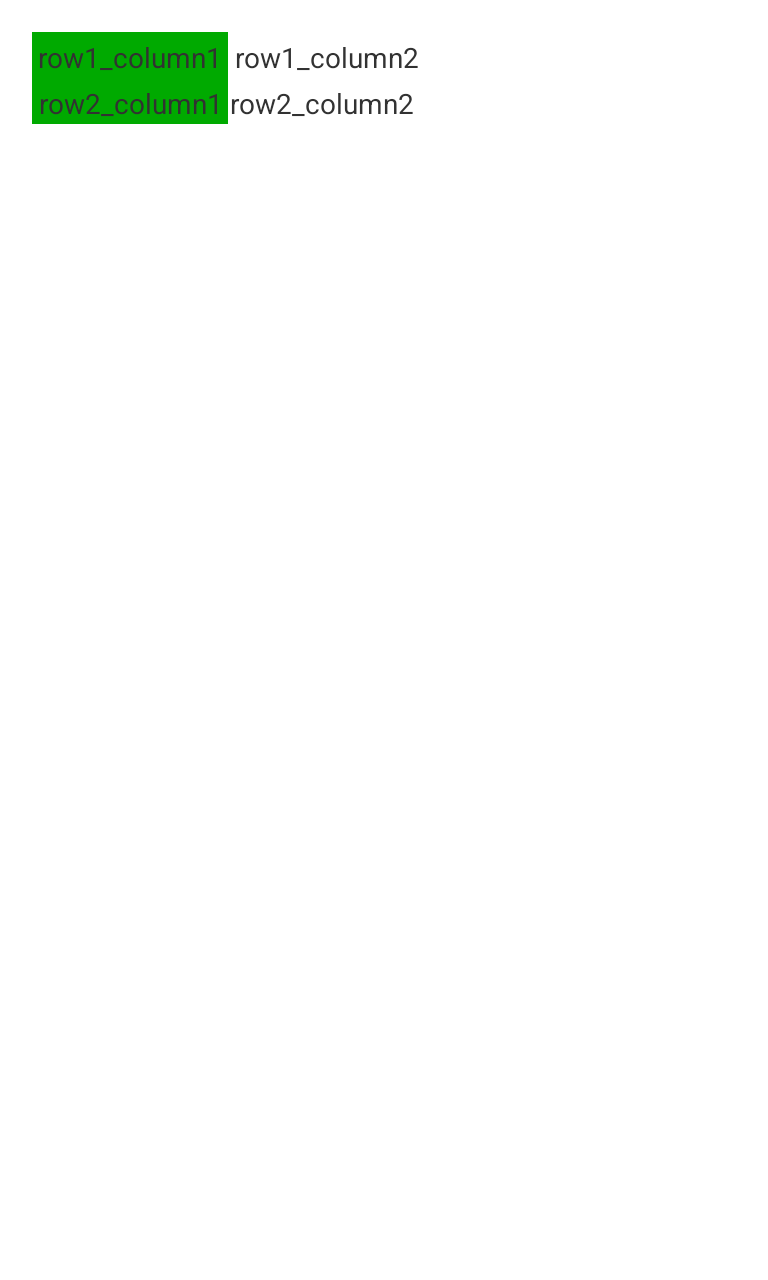
Repository: HouJun11220033/Android
Layout: Layout_02/res/layout/main.xml
These files come from the project's save history. The layout is drawn as it stood at one moment and after the next save; the edit follows.
It is drawn on a 768 x 1280 px phone screen (xhdpi) without system bars, with theme AppTheme; the app's code is not run.

Above is the layout before, as saved 2016-09-15 13:27:50.

After the next save:
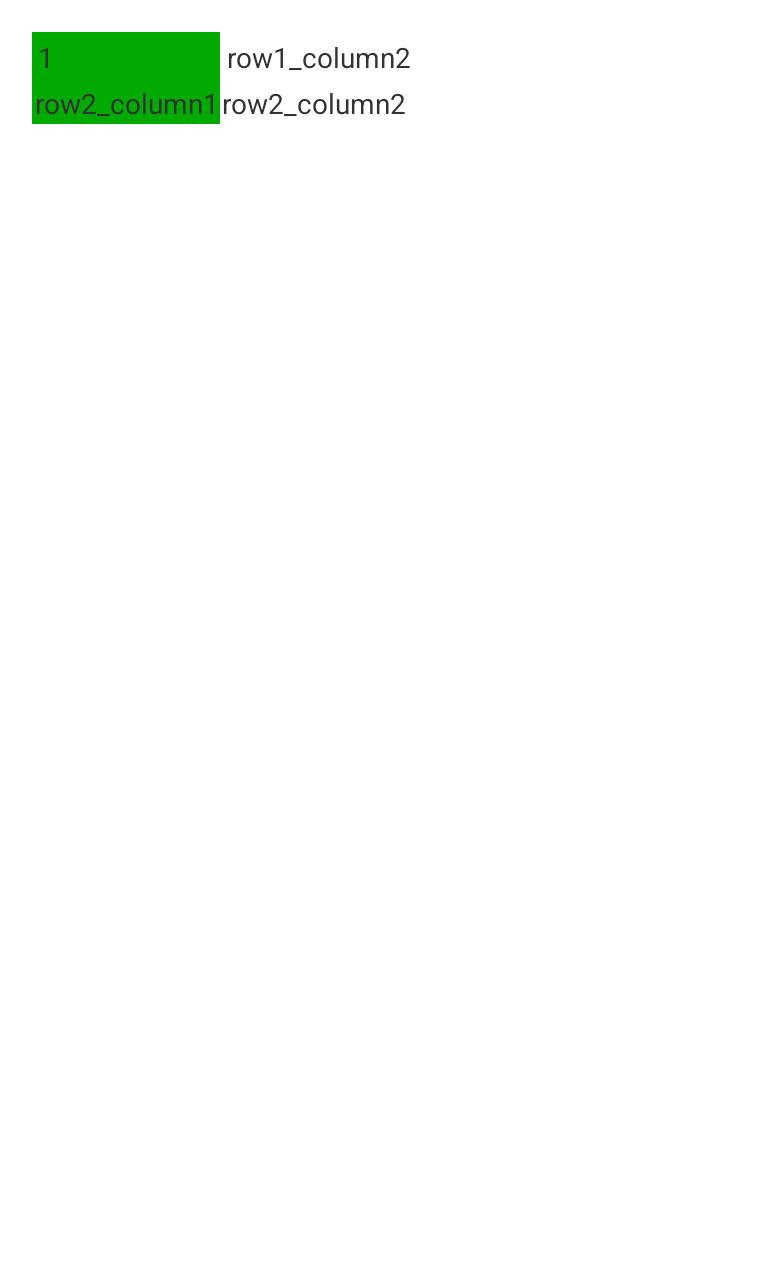
Saved 4 min 41 s later.
--- a/Layout_02/res/layout/main.xml
+++ b/Layout_02/res/layout/main.xml
@@ -19,7 +19,7 @@
             android:background="#00aa00"
             android:gravity="center_vertical"
             android:padding="3dip"
-            android:text="@string/row1_column1" />
+            android:text="1" />
 
         <TextView
             android:gravity="center_horizontal"
